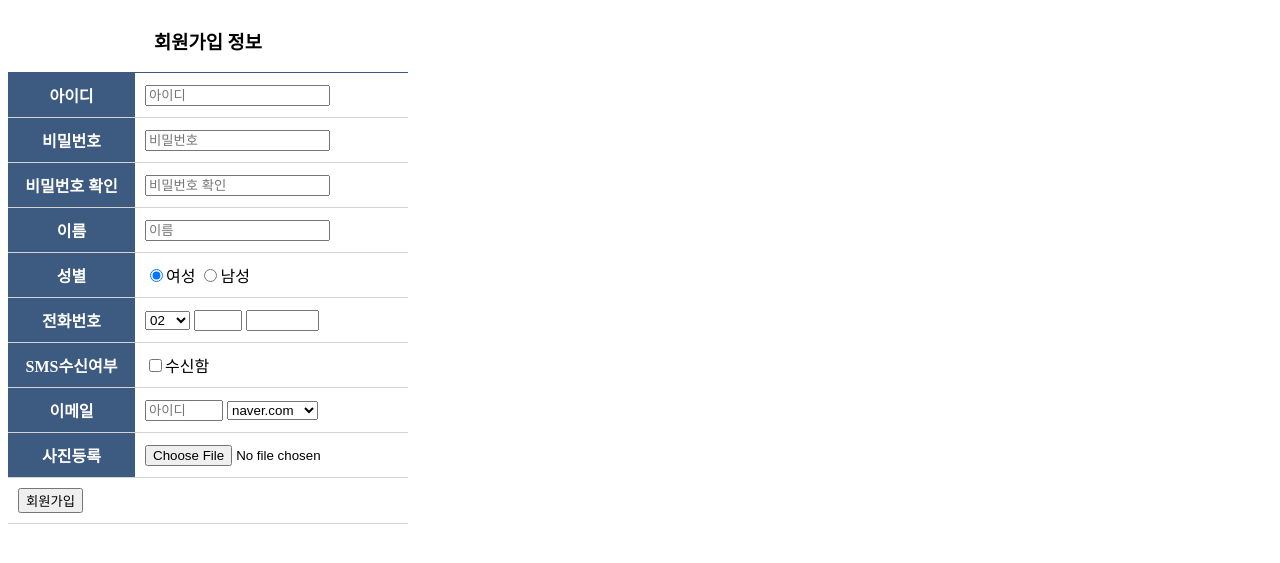
Repository: itkezi/HTML_2022_505
Page: Web/WebContent/HTML/0321_EX.html
An editor plug-in stored every save of this project. The page is shown before and after the next save, followed by the edit.
The browser window is 1280 px wide. The pictures show the whole page.

Above is the page before, as saved 2022-03-22 06:24:52.

After the next save:
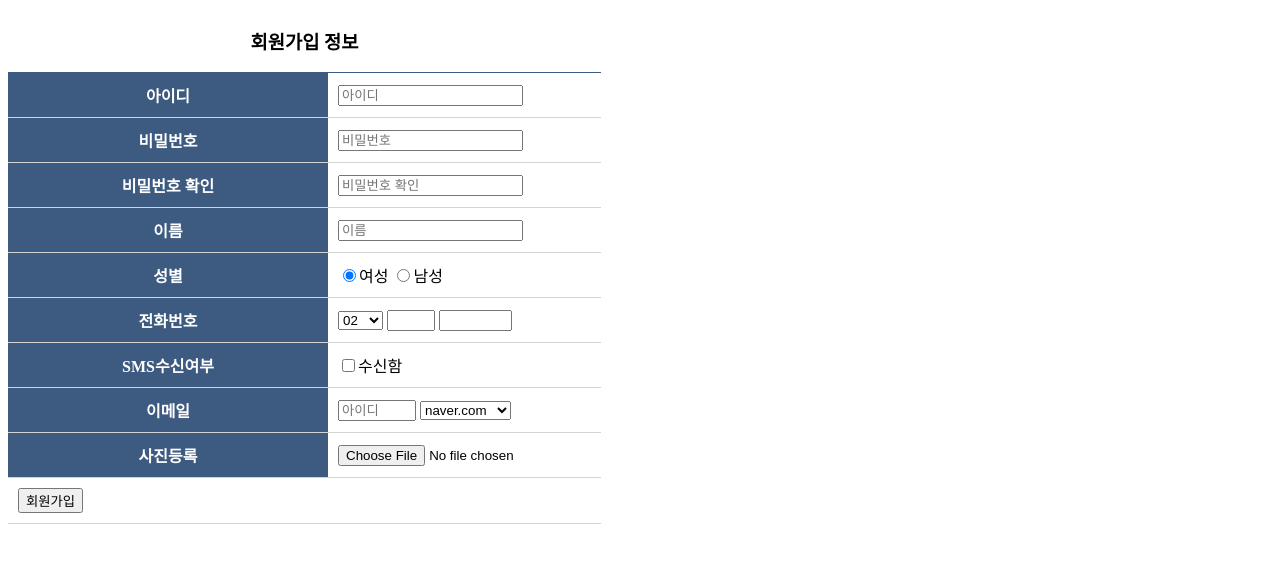
Saved 28 s later.
--- a/Web/WebContent/HTML/0321_EX.html
+++ b/Web/WebContent/HTML/0321_EX.html
@@ -6,7 +6,7 @@
 
 <style>
 table { border-top: 1px solid #3d5a80;
-		border-collapse: collapse; width: 400px}
+		border-collapse: collapse; }
 th, td { border-bottom: 1px solid lightgray; padding: 10px; }
 th { width: 300px; background-color: #3d5a80; color: white ; }
 td { width: 100px; }
